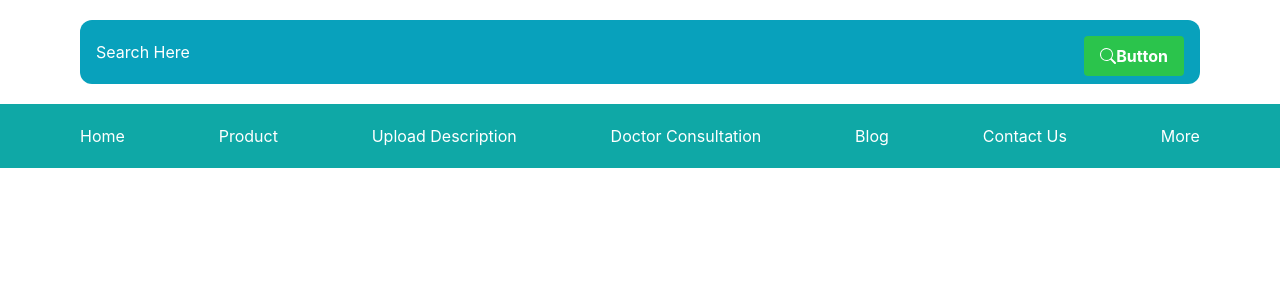
Repository: arafatmollah/form-pharma
Page: /
An editor plug-in stored every save of this project. The page is shown before and after a run of saves, followed by the edit.
The browser window is 1280 px wide. The pictures show the whole page.
The project was rebuilt for these pictures with package versions that can differ from the ones it lists, and the page was loaded fresh each time.

Above is the page before, as saved 2023-03-14 23:35:20.

### src/index.js


import React from 'react';
import ReactDOM from 'react-dom/client';
import './index.css';
import App from './App';
import reportWebVitals from './reportWebVitals';

const root = ReactDOM.createRoot(document.getElementById('root'));
root.render(
  <React.StrictMode>
    <App />
  </React.StrictMode>
);

// If you want to start measuring performance in your app, pass a function
// to log results (for example: reportWebVitals(console.log))
// or send to an analytics endpoint. Learn more: https://bit.ly/CRA-vitals
reportWebVitals();

### src/App.js

import './App.css';
import Nav from './Nav';

function App() {
  return (
    <div className="App">
     <Nav></Nav>
    </div>
  );
}

export default App;

### src/App.css
.box-border{
  background-color: #08A1BC;
}
.btn {
  @apply font-bold py-2 px-4 rounded;
  background-color: #2BC44C;
  color: white;
}
.btn-blue {
  @apply bg-blue-500 text-white;
}
.btn-blue:hover {
  @apply bg-blue-700;
}
.nav{
  background-color: #0FA8A6;
}

### src/Nav.js
import React from 'react'
import './App.css';
import { BsSearch } from 'react-icons/bs';

function Nav() {
  return (
    <div>
        <div className='box-border h-16 w-100 p-4 mx-20 my-5 rounded-xl'>
          <div className='flex justify-between align-middle'>
                <p className='text-white mt-1'>Search Here</p>
                <button className="btn mb-1 py-2 flex items-center justify-between"><BsSearch></BsSearch> Button</button>
          </div>
        </div>
        <div className='box-border h-16 w-100 nav'>
            <div className='flex mx-20 items-center justify-between text-white'>
            <div className='mt-5'>Home</div>
            <div className='mt-5'> Product</div>
            <div className='mt-5'>Upload Description</div>
            <div className='mt-5'>Doctor Consultation</div>
            <div className='mt-5'>Blog</div>
            <div className='mt-5'>Contact Us</div>
            <div className='mt-5'>More</div>
            </div>
        </div>
    </div>
  )
}

export default Nav

### src/Form.js
import React from 'react'

function form() {
  return (
    <div>
        <div>
            <div className='flex'>
                <p className='text-green-600'>Shop</p>
                <p className='text-green-600'>Ring</p>
                <p className='text-purple-600'>Order</p>
            </div>

        </div>
    </div>
  )
}

export default form

Loaded but not shown: public/index.html (common file); src/index.css (common file); src/reportWebVitals.js (common file); tailwind.config.js (common file)

After the next 15 saves:
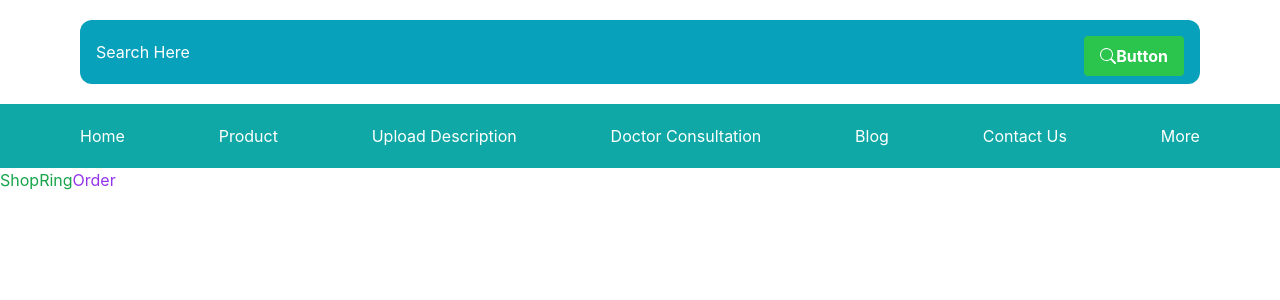
The 15 saves are shown as one change because 4 did not build or start and some came seconds apart.
The last was saved 88 s later.
--- a/src/App.js
+++ b/src/App.js
@@ -1,11 +1,13 @@
 
 import './App.css';
 import Nav from './Nav';
+import Form from './Form';
 
 function App() {
   return (
     <div className="App">
      <Nav></Nav>
+     <Form></Form>
     </div>
   );
 }
